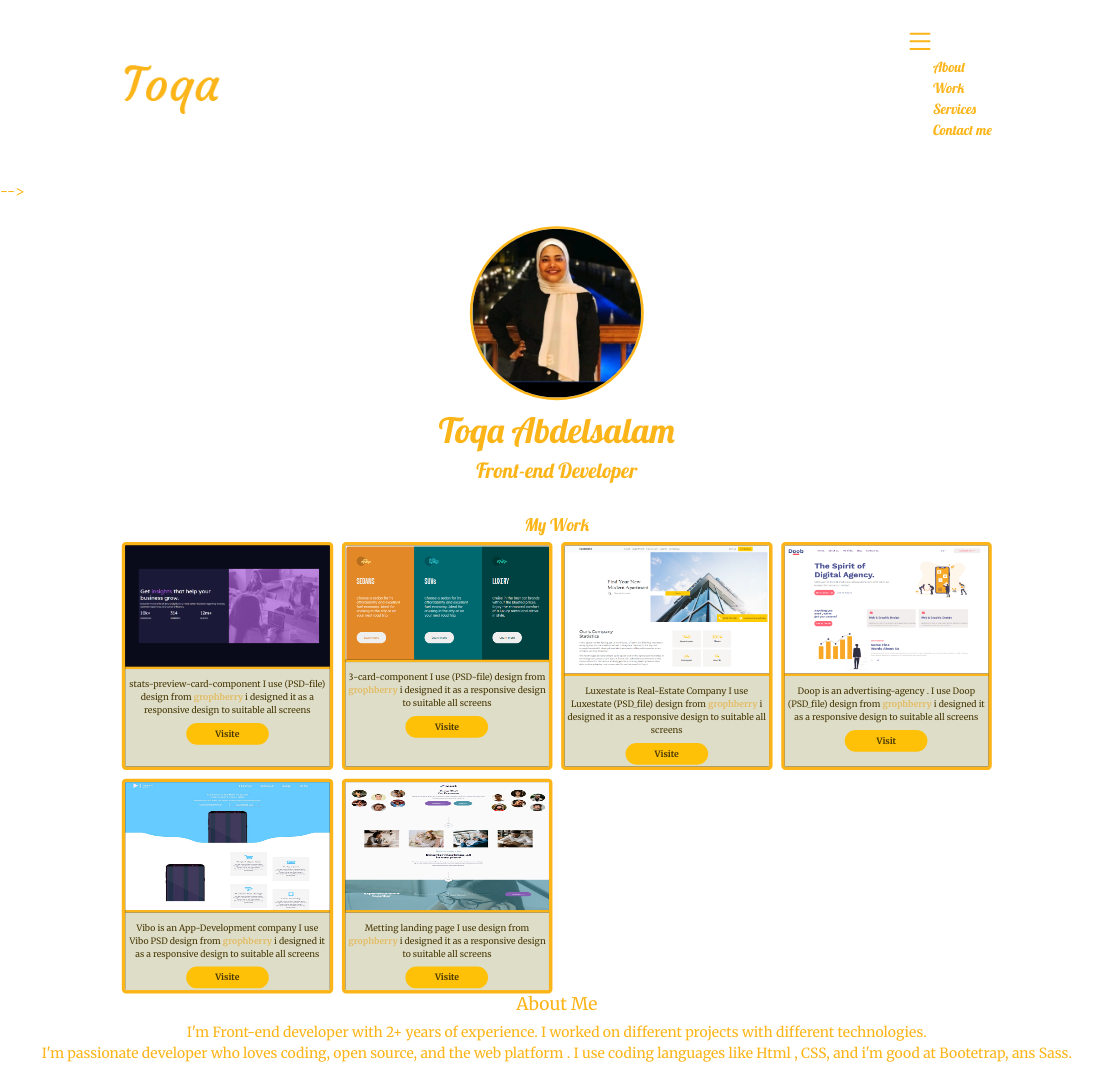
Repository: Toqa-25/portfolio
Page: index.html
These files come from the project's save history. The page is drawn as it stood at one moment and after a run of saves; the edit follows.
The browser window is 1280 px wide. The pictures show the whole page, at 87% of full size.
Some web fonts or font styles are not loaded; a fallback is used.

Above is the page before, as saved 2021-10-31 16:23:31.

### index.html
<!DOCTYPE html>
<html lang="en">
<head>
    <meta charset="UTF-8">
    <meta http-equiv="X-UA-Compatible" content="IE=edge">
    <meta name="viewport" content="width=device-width, initial-scale=1.0">
    <title>Toqa Portfolio</title>
      <!-- bootstrap file -->
      <link rel="stylesheet" href="css/all.min.css">
      <link rel="stylesheet" href="css/bootstrap.css">
      <!-- css file -->
      <link rel="stylesheet" href="css/style.css">
      <!-- fonts -->
      <link rel="preconnect" href="https://fonts.googleapis.com">
<link rel="preconnect" href="https://fonts.gstatic.com" crossorigin>
<link href="https://fonts.googleapis.com/css2?family=Lobster&family=Otomanopee+One&display=swap" rel="stylesheet">
<link rel="preconnect" href="https://fonts.googleapis.com">
<link rel="preconnect" href="https://fonts.gstatic.com" crossorigin>
<link href="https://fonts.googleapis.com/css2?family=Merriweather:ital,wght@0,300;0,400;0,700;0,900;1,300;1,400;1,700;1,900&display=swap" rel="stylesheet">
<link rel="preconnect" href="https://fonts.googleapis.com">
<link rel="preconnect" href="https://fonts.gstatic.com" crossorigin>
<link href="https://fonts.googleapis.com/css2?family=Bebas+Neue&family=Oswald:wght@200;300;400;500;600;700&display=swap" rel="stylesheet">
</head>
<body>
        <!-- header section -->
    <header class="pad">
       <div class="container">
         <div class="header-content">
           <div class="header-logo">
             <img src="images/logo.png" alt="logo">
           </div>
           <div class="header-nav">
             <div class="bar">
               <svg xmlns="http://www.w3.org/2000/svg" width="35" height="35" fill="#fbb519" class="bi bi-list" viewBox="0 0 16 16">
                 <path fill-rule="evenodd" d="M2.5 12a.5.5 0 0 1 .5-.5h10a.5.5 0 0 1 0 1H3a.5.5 0 0 1-.5-.5zm0-4a.5.5 0 0 1 .5-.5h10a.5.5 0 0 1 0 1H3a.5.5 0 0 1-.5-.5zm0-4a.5.5 0 0 1 .5-.5h10a.5.5 0 0 1 0 1H3a.5.5 0 0 1-.5-.5z"/>
               </svg>
             </div>
             <ul class="list unlist">
                 <li>About</li>
                 <li>Work</li>
                 <li>Services</li>
                 <li>Contact me</li>
                 <!-- <li>Reviews</li> -->
             </ul>

           </div>
         </div>
         </div>
        </header><!-- end header section -->
       <!-- <div role="bar">
      <ul class="hidden-bar">
        <li>About</li>
        <li>Work</li>
        <li>Services</li>
        <li>Contact me</li>
        <!-- <li>Reviews</li> -->
      <!-- </ul>
      </div> -->
    <!-- </nav> --> -->

    <!-- information  section -->
    <section  class="inform pad">
      <div class="main-inform " role="main">
        <div class="inform-info">
        <img src="images/toqa.jpg" alt=""><br>
        <h1>Toqa Abdelsalam</h1>
        <h4>Front-end Developer</h4>
      </div>
      </div>
    </section>

      <section class="section container work">
      <h5>My Work</h5>
      <div class="card-groups">
      <div class="project card" role="menu">
        <img src="images/toqa-25.github.io_stats-preview-card-component-main_.png" alt="">
        <p>stats-preview-card-component
      I use  (PSD-file) design from <span> <a href="https://www.frontendmentor.io/">grophberry</a></span>
  i designed it as a responsive design to suitable all screens <br>
  <button><a href="https://toqa-25.github.io/stats-preview-card-component-main/">Visite</a></button>
 </p>
 </div>
      <div class="project card" role="menu">
        <img src="images/toqa-25.github.io_3-cards-component3_.png" alt="">
        <p>3-card-component
      I use (PSD-file) design from <span> <a href="https://www.frontendmentor.io/">grophberry</a></span>
  i designed it as a responsive design to suitable all screens <br>
  <button><a href="https://toqa-25.github.io/3-cards-component/">Visite</a></button>
 </p>
 </div>
      <div class="project card" role="menu">
          <img src="images/destop-luxestate - Copy (1).png" alt="">
          <p>Luxestate is Real-Estate Company
        I use Luxestate (PSD_file) design from <span> <a href="https://www.graphberry.com/">grophberry</a></span>
    i designed it as a responsive design to suitable all screens <br>
    <button><a href="https://toqa-25.github.io/luxstate-project-/">Visite</a></button>
   </p>
   </div>
      <div class="project card" role="menu">
          <img src="images/web_design.png" alt="">
          <p>Doop is an advertising-agency .
        I use Doop (PSD_file) design from <span> <a href="https://www.graphberry.com/">grophberry</a></span>
    i designed it as a responsive design to suitable all screens <br>
    <button><a href="https://toqa-25.github.io/simply-agency/">Visit </a></button>
   </p>
   </div>
      <div class="project card" role="menu">
        <img src="images/Vibo_App(desktop)_toqa-25.github.io2.png" alt="">
          <p>Vibo is an App-Development company
        I use Vibo PSD design from <span> <a href="https://www.graphberry.com/">grophberry</a></span>
    i designed it as a responsive design to suitable all screens <br>
    <button><a href="https://toqa-25.github.io/vibo-app/">Visite</a></button>
   </p>
   </div>
   <div class="project card" role="menu">
    <img src="images/toqa-25.github.io_landing-meeting-page_desktop.png" alt="">
    <p>Metting landing page
  I use  design from <span> <a href="https://www.frontendmentor.io/">grophberry</a></span>
i designed it as a responsive design to suitable all screens <br>
<button><a href="https://toqa-25.github.io/landing-meeting-page/">Visite</a></button>
</p>
</div>
   </div>
      </section>

      <section class="section about">

          <h5>About Me</h5>
      <p> I'm Front-end developer with 2+ years of experience. I worked on different projects with different technologies. <br>
       I'm passionate developer who loves coding, open source, and the web platform .
       I use coding languages like Html , CSS, and i'm good at Bootetrap, ans Sass. </p>
      </section>

</body>
</html>

### css/style.css
/*
    public style
***********************
*/
:root{
    --main-color:#fbb519;
    --section-padding:30px;
}
* , *:after , *:before{
    box-sizing: border-box;
    margin: 0;
    padding: 0;
}
body{
    font-family: 'Merriweather', serif;
    color:var(--main-color);
}
.pad{
    padding: var(--section-padding) 0;
}
.container
{
  width: 80%;
  margin:auto;
}
 .pad h5{
    text-align: center;
    font-family: 'Lobster';
    margin-bottom: 15px;
 }
 .unlist{
     list-style: none;
 }
/*
    header style
***********************
*/
 header{
    font-family: 'Lobster', cursive;
 }
 .header-content{
    display: flex;
    justify-content: space-between;
    align-items: center;
 }
  nav img{
     margin-top:10px;
 }
 nav .list{
     width: 50%;
    margin-top:20px;
    list-style: none;
    color:var(--main-color);
    display: flex;
    justify-content: space-evenly;
    cursor: pointer;
    font-size: 20px;
 }
 nav .list li{
     font-size: 20px;
     transition: .2s;
     -webkit-transition: .2s;
     -moz-transition: .2s;
     -ms-transition: .2s;
     -o-transition: .2s;
    }
    nav .list li:hover{
        border-bottom: 2px solid var(--main-color);
    }


.bar{
     position: relative;
 }
  .hidden-bar {
     display: block;
     color:var(--main-color);
     position: absolute;
    top: 25px;
    left: 45px;
     background-color: #f5f5dc91;
     list-style: none;
     border-radius: 8px;
     padding: 10px;

 }
/* media quary for header*/
 @media (min-width: 767px){
   /* .list {
      display: none;
  } */
  /* div{
      display: block;
      padding: 15px;
  } */
  .main-inform  h2{
    font-size: 20px;
    line-height: 2rem;
  }
  .main-inform img{
    width: 100px;
    height: 100px;
 }
}
 @media (min-width: 768px){
     /* nav div{
         display: none;

     } */
 }


 /* .hidden-bar{
    display: none;

} */
.hidden-bar li:hover{
 padding: 5px;
 font-size: 25px;
}
/*
    my image style
***********************
*/

 .main-inform{
    color: var(--main-color);
    text-align: center;
    /* background-image: url(../images/mohammad-rahmani-8qEB0fTe9Vw-unsplash.jpg); */
    height: 300px;
    display: flex;
    align-items: center;
    justify-content: center;
    /* font-family: 'Bebas Neue', cursive; */
     /* font-family: 'Oswald', sans-serif; */
     font-family: 'Lobster', cursive;


 }
 .main-inform img{
     width: 200px;
     height: 200px;
     border:3px solid;
     border-radius: 50%;
     -webkit-border-radius: 50%;
     -moz-border-radius: 50%;
     -ms-border-radius: 50%;
     -o-border-radius: 50%;
     margin-bottom: 10px;
}
 h2{
    color: #dad3d3;
    text-transform: uppercase;
    line-height: 3rem;
 }
 span{
     color:var(--main-color)
 }
 .card-groups{
     display: grid;
    grid-template-columns:repeat(4,1fr);
    gap:10px;
 }
 .work h5{
    text-align: center;
    font-family: 'Lobster';
 }
.card {
    width: 100%;
    height: 100%;
    position: relative;
    display: flex;
    flex-direction: column;
    min-width: 0;
    word-wrap: break-word;
    background-color: black;
    background-clip: border-box;
    border: 4px solid var(--main-color);
    border-radius: 0.3rem;
}

.card img{
    max-width:100%;
    max-height: 150px;
    border-bottom: 3px solid;
}
.card img:hover{
   transform: scale(1.1);
   -webkit-transform: scale(1.1);
   -moz-transform: scale(1.1);
   -ms-transform: scale(1.1);
   -o-transform: scale(1.1);
}
.card p{
    margin-bottom: 1rem;
    background-color: black;
    font-size: 10px;
    padding: 2px;
    margin: 0px;
    margin-top: 0px;
    width: 100%;
    height: 100%;
    text-align: center;
    color:#483705;
    background-color: #f5f5dce8;
    padding-top: 10px;

}
.card p a{
    text-decoration: none;
    color: #e2bc66;
    font-weight: bolder;
}
.card p:hover{

}

.card button{
    width: 95px;
    text-align: center;
    background-color: #ffc107;
    border: none;
    border-radius: 15px;
    padding: 5px;
    margin-top: 7px;
}
.card button:hover{
    width:120px;
    padding: 10px;
}
.card button a{
    text-decoration: none;
    color: #483705;
}

.about{
    text-align: center;

}

/*
           media quary style
    ***************************************
        //extra small devices @media (maxwidth:575px)
        //small devices @media (maxwidth:767px)
        //medium devices @media (maxwidth:991px)
        //large devices @media (maxwidth:1199px)
*/

Loaded but not shown: css/all.min.css (library); css/bootstrap.css (library)

After the next 7 saves:
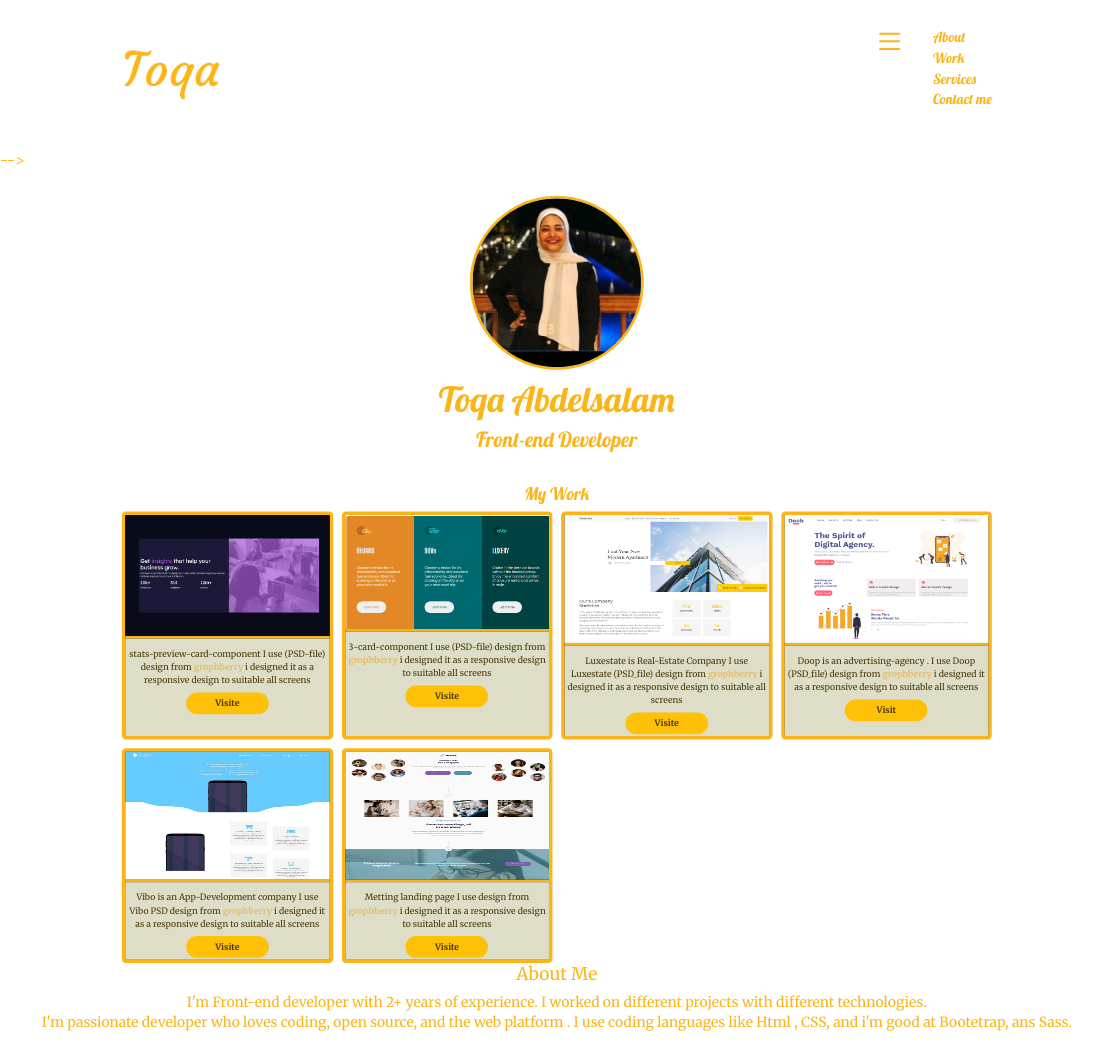
The 7 saves are shown as one change because they came seconds apart.
The last was saved 64 s later.
--- a/css/style.css
+++ b/css/style.css
@@ -43,6 +43,10 @@ body{
     justify-content: space-between;
     align-items: center;
  }
+ .header-nav{
+     display: flex;
+ }
+
   nav img{
      margin-top:10px;
  }
